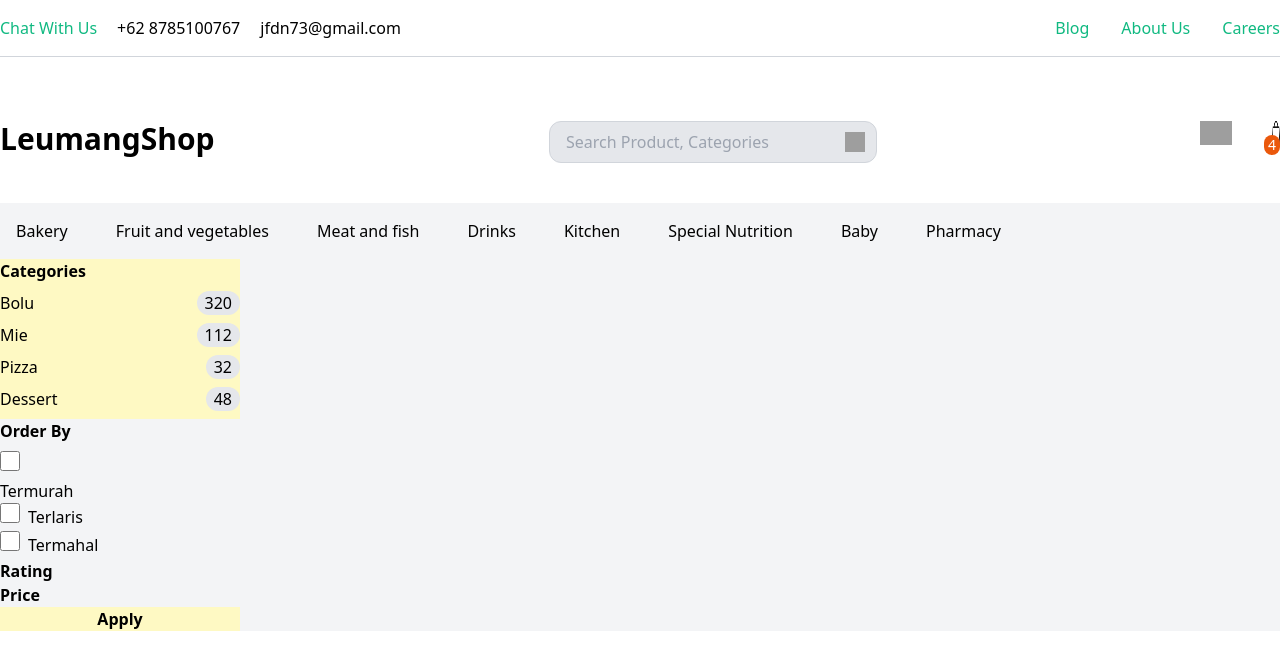
Repository: jafetdn73/ecommerce-tailwind
Page: /
The author's editor kept a copy of each file at every save. The page is drawn from the files as they stood at one save, then again after the next save.
The browser window is 1280 px wide. The pictures show the whole page.
Pictures or frames that could not be fetched are drawn as grey boxes. The project was rebuilt for these pictures with package versions that can differ from the ones it lists, and the page was loaded fresh each time. Also part of the build but not shown: src/App.css.

Above is the page before, as saved 2022-03-13 22:45:05.

### src/App.js
import "./App.css";

function App() {
  return (
    <div className="bg-white container mx-auto">
      <div className="flex justify-between py-4 border-b border-gray-300">
        <div className="flex gap-5">
          <a href="http://google.com" className="text-emerald-500">
            Chat With Us
          </a>
          <a href="http://facebook.com">+62 8785100767</a>
          <a href="http://ggogl.com">jfdn73@gmail.com</a>
        </div>

        <div className="">
          <ul className="flex gap-8 text-emerald-500">
            <li>Blog</li>
            <li>About Us</li>
            <li>Careers</li>
          </ul>
        </div>
      </div>

      <div className="flex justify-between mt-16">
        <h1 className="text-3xl font-bold">LeumangShop</h1>
        <div className="flex w-full justify-center items-center">
          <input
            type="text"
            placeholder="Search Product, Categories"
            className="w-1/3 border border-gray-300 bg-gray-200 rounded-xl pl-4 py-2"
          />
          <img src="/images/search-icon.png" alt="search" className="w-5 h-5 -ml-8"/>
        </div>
        <div className="flex gap-10">
          <img src="/images/user-icon.png" alt="user" className="w-8 h-6"/>
          <div className="relative">
            <img src="/images/cart-icon.png" alt="icon" className="w-8 h-6"/>
            <label className="absolute bottom-2 -left-2 bg-orange-600 text-white py-0.25 px-1 rounded-full text-sm">4</label>
          </div>
        </div>
      </div>

      <div className="bg-gray-100 mt-10 py-4 pl-4 text-base font-medium">
        <ul className="flex gap-12">
          <li>Bakery</li>
          <li>Fruit and vegetables</li>
          <li>Meat and fish</li>
          <li>Drinks</li>
          <li>Kitchen</li>
          <li>Special Nutrition</li>
          <li>Baby</li>
          <li>Pharmacy</li>
        </ul>
        </div>

      {/* Container Wrapper */}
      <div className="bg-gray-100">
        {/* Side Bar Container */}
        <div className="flex flex-col w-60 bg-yellow-100" >
          {/* Categories Container */}
          <div className="flex flex-col">
            <h1 className="font-bold text-base mb-2">Categories</h1>
            <ul>
              <div className="flex justify-between">
                <li>Bolu</li><label className="mb-2 bg-gray-200 pl-2 pr-2 rounded-xl">320</label>
              </div>
              <div className="flex justify-between">
                <li>Mie</li><label className="mb-2 bg-gray-200 pl-2 pr-2 rounded-xl">112</label>
              </div>
              <div className="flex justify-between">
                <li>Pizza</li><label className="mb-2 bg-gray-200 pl-2 pr-2 rounded-xl">32</label>
              </div>
              <div className="flex justify-between">
                <li>Dessert</li><label className="mb-2 bg-gray-200 pl-2 pr-2 rounded-xl">48</label>
              </div>
            </ul>
          </div>
          {/* Order By Categories */}
          <div className="bg-gray-100 flex flex-col">
            <h1 className="font-bold mb-2">Order By</h1>
           <div>
             <input type="checkbox" className="bg-lime-600 w-5 h-5 mr-2 mb-2">
               </input>
               <div >Termurah</div>
          </div>
          <div>
            <input type="checkbox"  className="bg-lime-600 w-5 h-5 mr-2 mb-2"></input><label>Terlaris</label>
          </div>
          <div>
            <input type="checkbox"  className="bg-lime-600 w-5 h-5 mr-2 mb-2"></input><label>Termahal</label>
          </div>
          </div>
          {/* Rating Container */}
          <div className="bg-gray-100">
          <h1 className="font-bold">Rating</h1>
          </div>
          {/* Price Container */}
          <div className="bg-gray-100">
          <h1 className="font-bold">Price</h1>
          </div>
          <button className="font-bold">Apply</button>
        </div>
        <div className="bg-gray-100">
          <div className="bg-yellow-100">
          </div>
        </div>
      </div>



    </div>
  );
}

export default App;

Loaded but not shown: public/index.html (common file); src/index.js (common file); src/index.css (common file); src/reportWebVitals.js (common file); tailwind.config.js (common file)

After the next save:
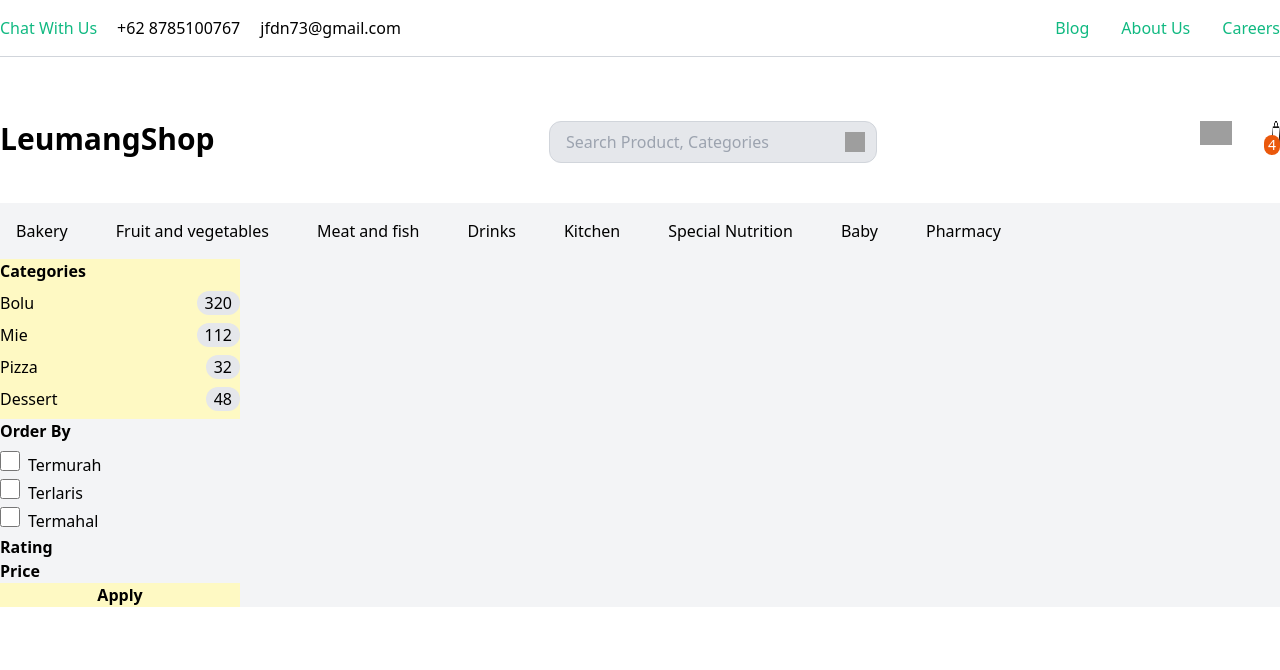
Saved 15 s later.
--- a/src/App.js
+++ b/src/App.js
@@ -81,7 +81,7 @@ function App() {
            <div>
              <input type="checkbox" className="bg-lime-600 w-5 h-5 mr-2 mb-2">
                </input>
-               <div >Termurah</div>
+               <label >Termurah</label>
           </div>
           <div>
             <input type="checkbox"  className="bg-lime-600 w-5 h-5 mr-2 mb-2"></input><label>Terlaris</label>
